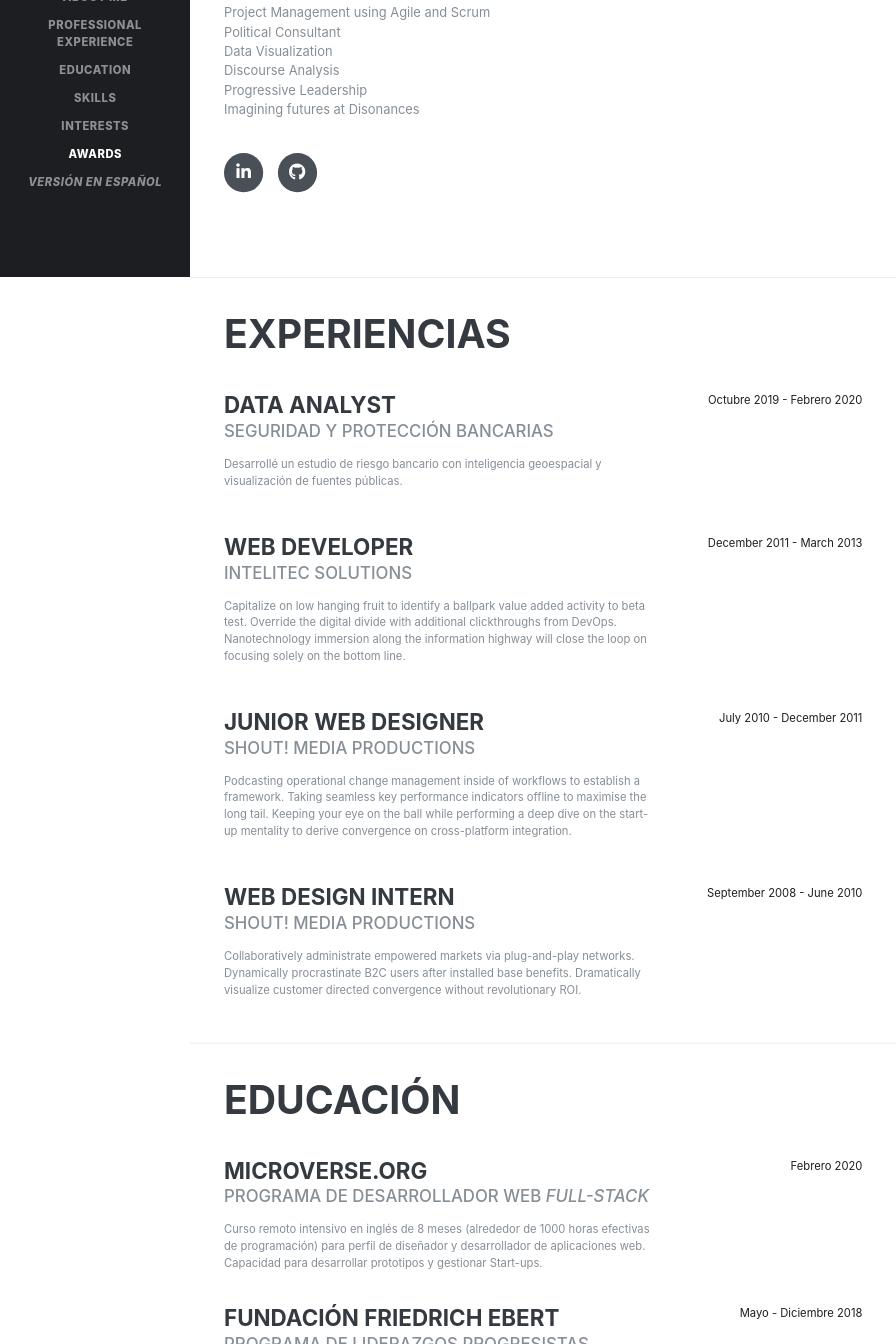
Repository: angel-mora/about-me
Page: en-index.html
An editor plug-in stored every save of this project. The page is shown before and after the next save, followed by the edit.
The browser window is 1280 px wide. The pictures show the part of the page from y = 324 to 2244 px (the page is 4779 px tall before and 4755 px after), at 70% of full size.
Some web fonts or font styles are not loaded; a fallback is used.

Above is the page before, as saved 2020-06-29 22:31:29.

After the next save:
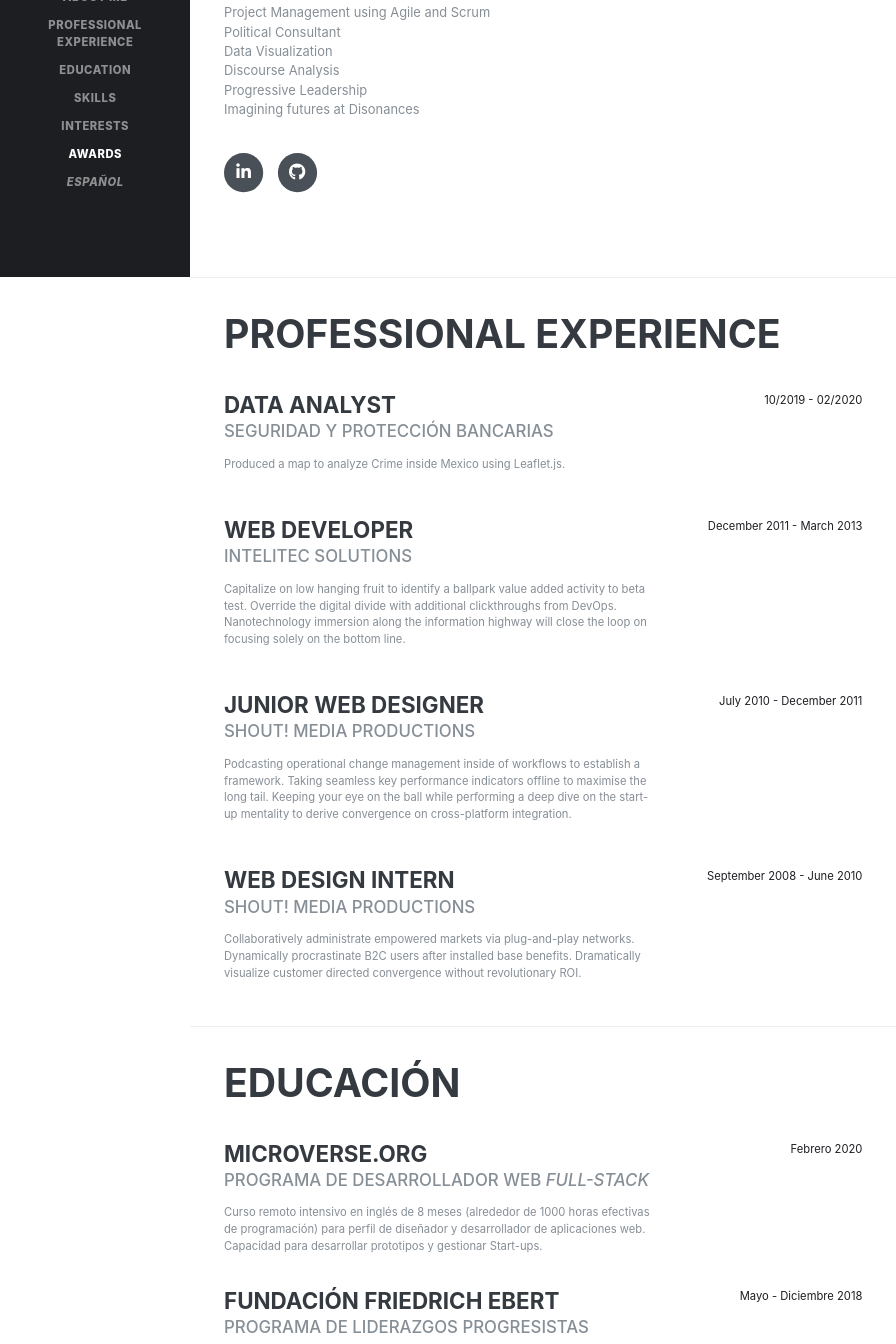
Saved 20 h 18 min later.
--- a/en-index.html
+++ b/en-index.html
@@ -56,7 +56,7 @@
                     <a class="nav-link js-scroll-trigger" href="#awards">Awards</a>
                 </li>
                 <li class="nav-item">
-                    <a class="nav-link js-scroll-trigger font-italic" href="es-index.html">Versión en español</a>
+                    <a class="nav-link js-scroll-trigger font-italic" href="es-index.html">Español</a>
                 </li>
             </ul>
         </div>
@@ -95,17 +95,16 @@
 
         <section class="resume-section p-3 p-lg-5 d-flex justify-content-center" id="experience">
             <div class="w-100">
-                <h2 class="mb-5">Experiencias</h2>
+                <h2 class="mb-5">Professional Experience</h2>
 
                 <div class="resume-item d-flex flex-column flex-md-row justify-content-between mb-5">
                     <div class="resume-content">
                         <h3 class="mb-0">Data Analyst</h3>
                         <div class="subheading mb-3">Seguridad y Protección Bancarias</div>
-                        <p>Desarrollé un estudio de riesgo bancario con inteligencia geoespacial y visualización de fuentes públicas.
-                        </p>
-                    </div>
-                    <div class="resume-date text-md-right">
-                        <span class="text-primary">Octubre 2019 - Febrero 2020</span>
+                        <p>Produced a map to analyze Crime inside Mexico using Leaflet.js.</p>
+                    </div>
+                    <div class="resume-date text-md-right">
+                        <span class="text-primary">10/2019 - 02/2020</span>
                     </div>
                 </div>
 
